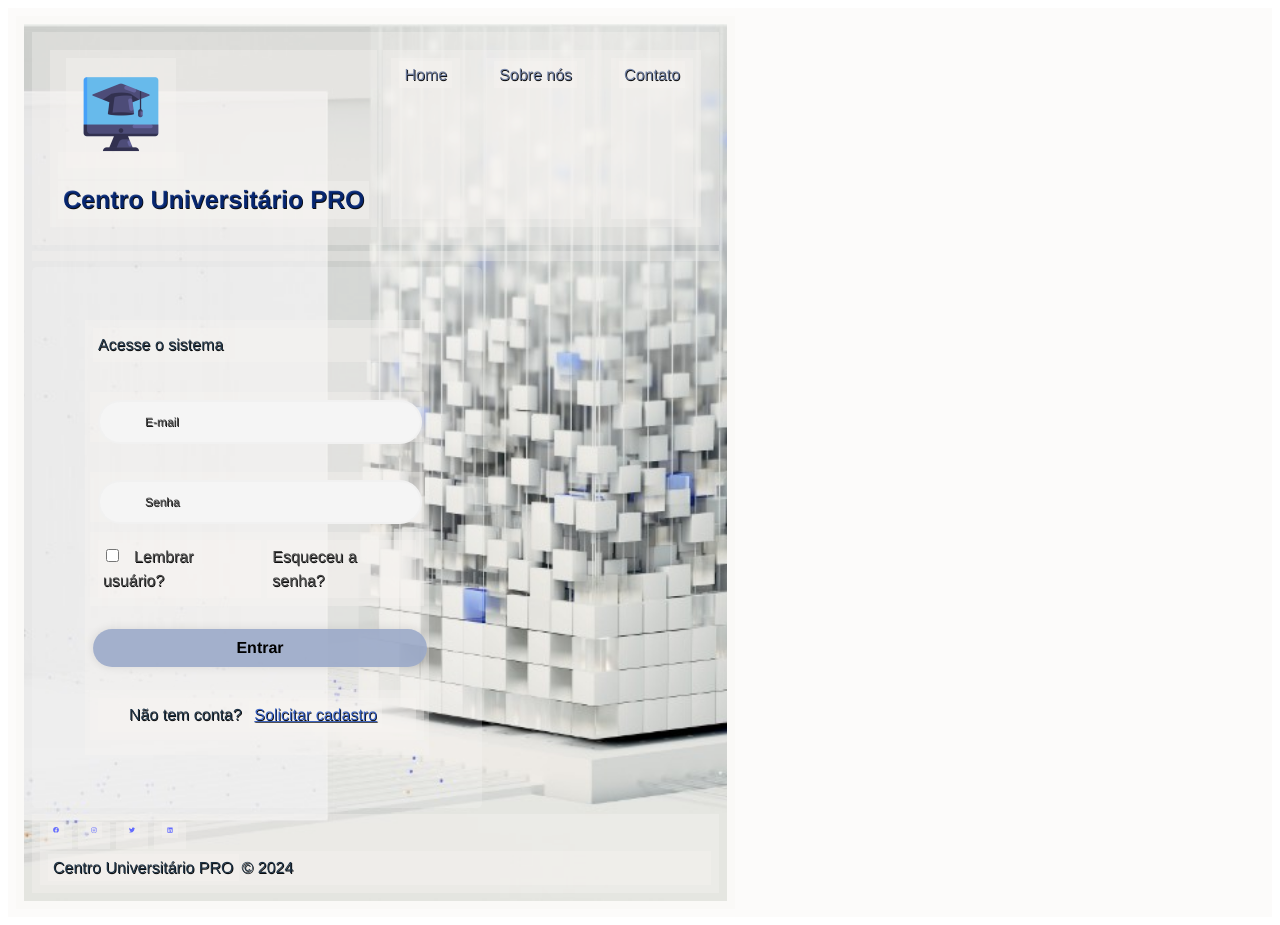
Repository: DanuziaRA/Cadastros-de-Usuarios
Page: /
These files come from the project's save history. The page is drawn as it stood at one moment and after the next save; the edit follows.
The browser window is 1280 px wide. The pictures show the whole page.
The project was rebuilt for these pictures with package versions that can differ from the ones it lists, and the page was loaded fresh each time. Also part of the build but not shown: vite.config.js, src/components/Footer.css, src/router/Contact.jsx, src/router/ErrorPage.jsx, src/router/ContactDetails.jsx, src/router/Company.jsx, src/router/Forget.jsx, src/router/Cadastro.jsx.

Above is the page before, as saved 2024-10-01 12:42:52.

After the next save:
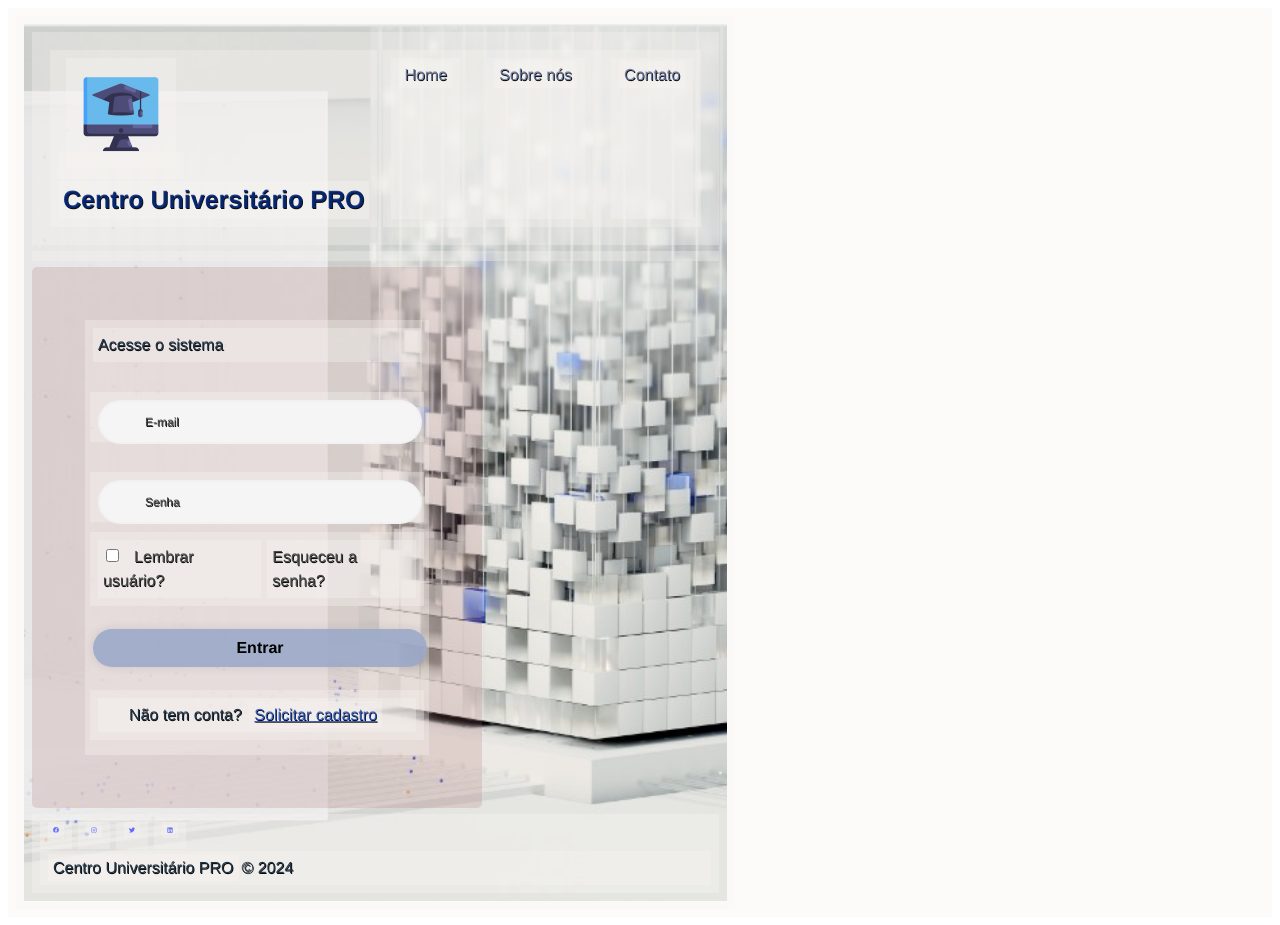
Saved 4 s later.
--- a/src/router/Cadastro.css
+++ b/src/router/Cadastro.css
@@ -1,6 +1,6 @@
 .container{
     width: 450px;
-    background-color: rgba(251, 251, 251, 0.2);
+    background-color: rgba(172, 107, 107, 0.2);
     backdrop-filter:rgb(238, 238, 241);
     border: 10px sold rgba (247,247,247, 0.40);
     padding: 50px;

After the save that followed:
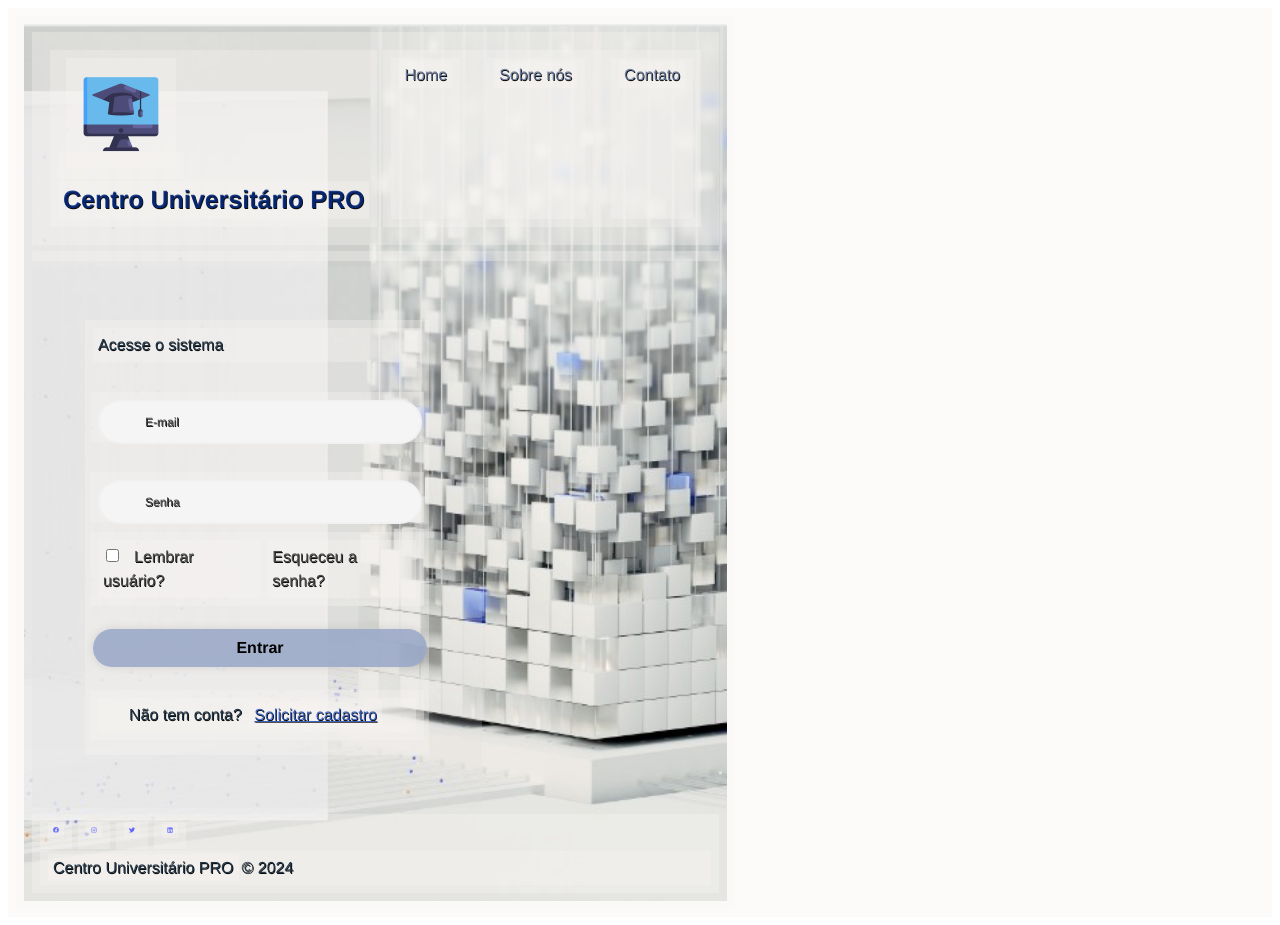
Saved 5 s later.
--- a/src/router/Cadastro.css
+++ b/src/router/Cadastro.css
@@ -1,6 +1,6 @@
 .container{
     width: 450px;
-    background-color: rgba(172, 107, 107, 0.2);
+    background-color: rgba(221, 218, 218, 0.2);
     backdrop-filter:rgb(238, 238, 241);
     border: 10px sold rgba (247,247,247, 0.40);
     padding: 50px;
